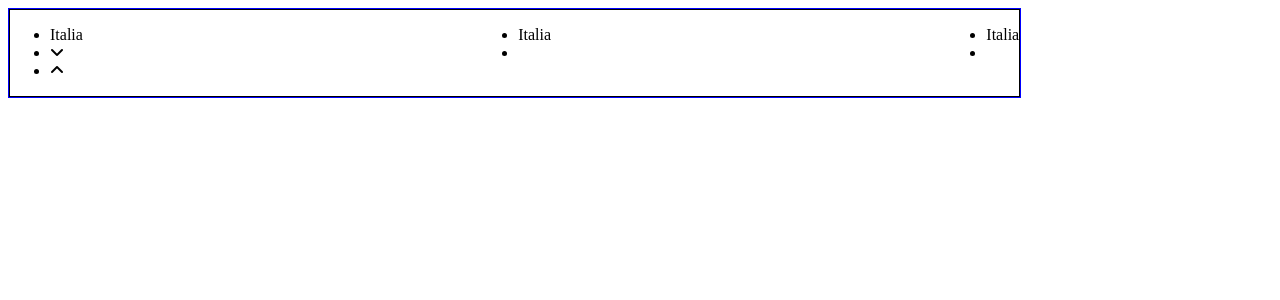
Repository: jacoporm1989/studioFlexbox
Page: FLEXBOX/header+navbar+hero1/index.html
These files come from the project's save history. The page is drawn as it stood at one moment and after the next save; the edit follows.
The browser window is 1280 px wide. The pictures show the whole page.

Above is the page before, as saved 2026-06-15 15:18:23.

After the next save:
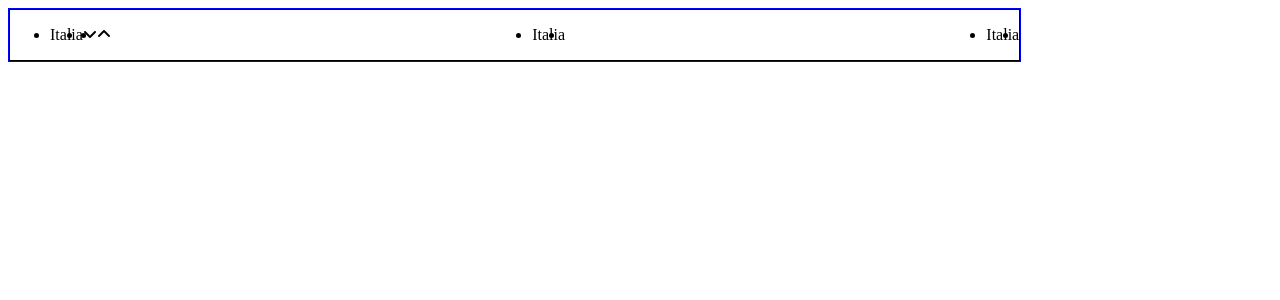
Saved 26 s later.
--- a/FLEXBOX/header+navbar+hero1/style.css
+++ b/FLEXBOX/header+navbar+hero1/style.css
@@ -11,5 +11,9 @@
     display:flex;
     flex-direction:row;
     justify-content: space-between;
+}
 
+.menu-sopra > ul{
+    display:flex;
+    flex-direction: row;
 }
